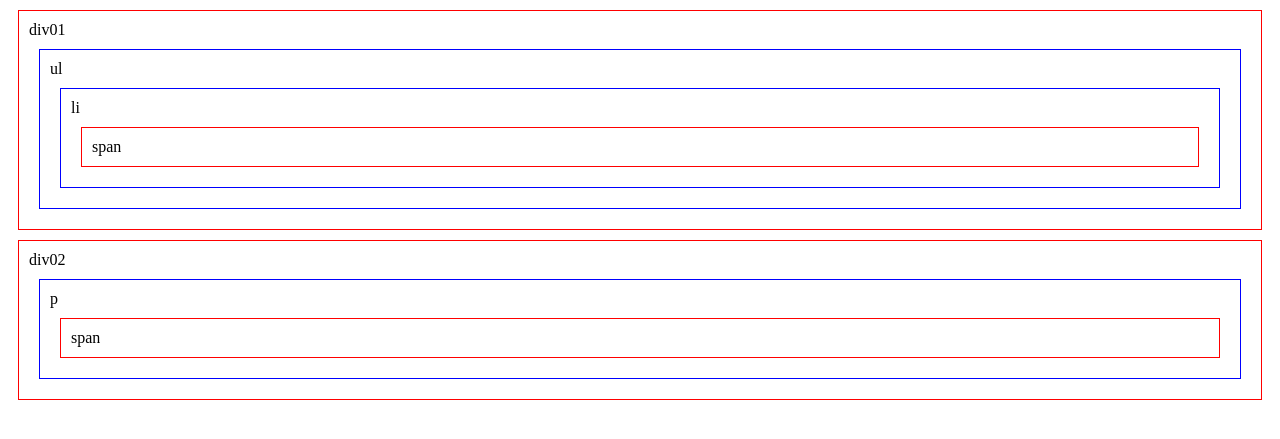
Repository: dhfkdlxm/Lecture-Web
Page: Lecture-Web/WebContent/jquery/exam17.html
An editor plug-in stored every save of this project. The page is shown before and after the next save, followed by the edit.
The browser window is 1280 px wide. The pictures show the whole page.

Above is the page before, as saved 2021-06-18 00:44:04.

### Lecture-Web/WebContent/jquery/exam17.html
<!DOCTYPE html>
<html>
<head>
<meta charset="UTF-8">
<title>Insert title here</title>
<style type="text/css">
#ancester * {
	display: block;
	border: 1px solid red;
	margin: 10px;
	padding: 10px;
}
</style>
<script type="text/javascript" src="js/jquery-3.6.0.min.js"></script>
<script type="text/javascript">
	$(document).ready(function() {
		//span Tag의 부모의 bordercolor를 파란색으로!
		//$('span').parent().css('border-color', 'blue')
		//$('span').parent().parent().css('border-color', 'blue')

		//span Tag의 부모 전체~
		//$('span').parents().css('border', '1px solid blue')
		//$('span').parents('div').css('border', '2px solid blue')

		//div를 제외한  span위의 모든 부모!
		$('span').parentsUntil('div').css('border-color', 'blue')

	})
</script>
</head>
<body>
	<div id='ancester'>
		<div id="div01">
			div01
			<ul>
				ul
				<li>li <span>span</span>
				</li>
			</ul>
		</div>
		<div>
			div02
			<p>
				p <span>span</span>
			</p>
		</div>
	</div>


</body>
</html>

Loaded but not shown: Lecture-Web/WebContent/jquery/js/jquery-3.6.0.min.js (library)

After the next save:
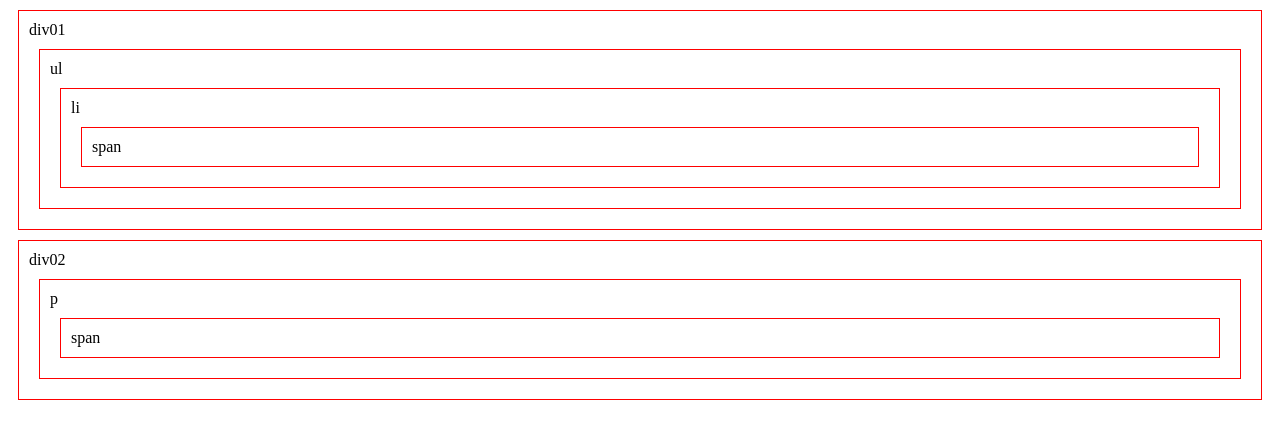
Saved 40 s later.
--- a/Lecture-Web/WebContent/jquery/exam17.html
+++ b/Lecture-Web/WebContent/jquery/exam17.html
@@ -23,7 +23,8 @@
 		//$('span').parents('div').css('border', '2px solid blue')
 
 		//div를 제외한  span위의 모든 부모!
-		$('span').parentsUntil('div').css('border-color', 'blue')
+		//$('span').parentsUntil('div').css('border-color', 'blue')
+
 
 	})
 </script>
